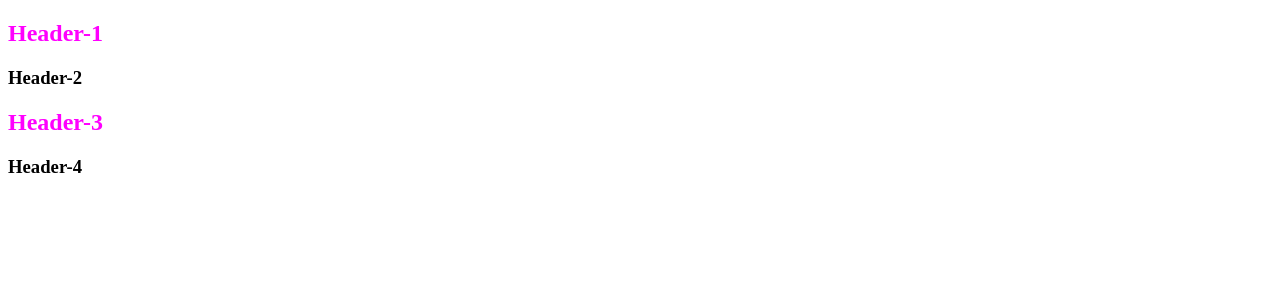
Repository: popconnect/jQuery
Page: http://localhost/jqueryEx01/jquery05.jsp
The author's editor kept a copy of each file at every save. The page is drawn from the files as they stood at one save, then again after the next save.
The browser window is 1280 px wide. The pictures show the whole page.
The page is served by Tomcat 9.

Above is the page before, as saved 2023-05-15 06:20:44.

### jqueryEx01/src/main/webapp/jquery05.jsp
<%@ page language="java" contentType="text/html; charset=UTF-8"
	pageEncoding="UTF-8"%>
<!DOCTYPE html>
<html>
<head>
<meta charset="UTF-8">
<title>Insert title here</title>

<script src="https://ajax.googleapis.com/ajax/libs/jquery/3.6.4/jquery.min.js"></script>
<script type="text/javascript">
//window.jquery => jquery => $
$(document).ready(function() {
	$('#i1, #i3').css('color', 'magenta')
});

</script>
</head>
<body>
	<h2 id='i1'>Header-1</h2>
	<h3 id='i2'>Header-2</h3>
	<h2 id='i3'>Header-3</h2>
	<h3 id='i4'>Header-4</h3>
</body>
</html>

After the next save:
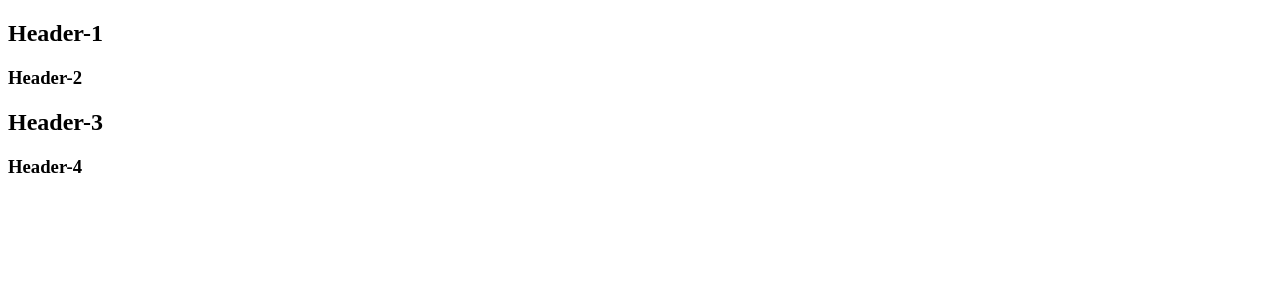
Saved 99 s later.
--- a/jqueryEx01/src/main/webapp/jquery05.jsp
+++ b/jqueryEx01/src/main/webapp/jquery05.jsp
@@ -10,15 +10,15 @@
 <script type="text/javascript">
 //window.jquery => jquery => $
 $(document).ready(function() {
-	$('#i1, #i3').css('color', 'magenta')
+	$('c').css('color', 'magenta')
 });
 
 </script>
 </head>
 <body>
-	<h2 id='i1'>Header-1</h2>
-	<h3 id='i2'>Header-2</h3>
-	<h2 id='i3'>Header-3</h2>
-	<h3 id='i4'>Header-4</h3>
+	<h2 class='c1'>Header-1</h2>
+	<h3 class='c2'>Header-2</h3>
+	<h2 class='c3'>Header-3</h2>
+	<h3 class='c4'>Header-4</h3>
 </body>
 </html>

After the save that followed:
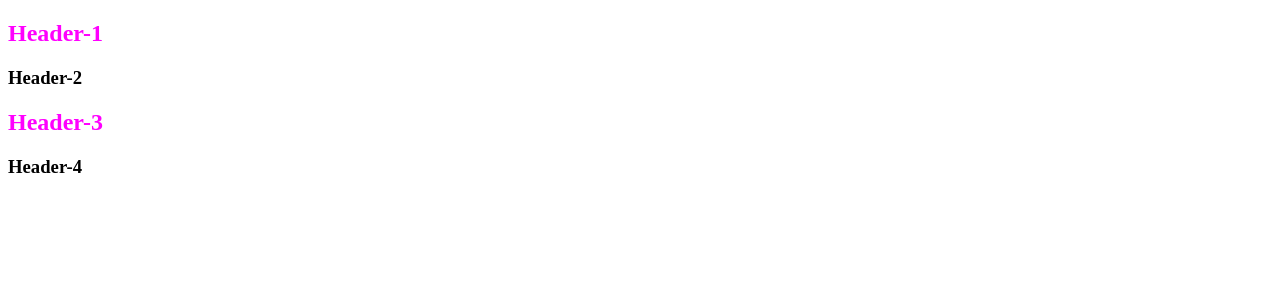
Saved 16 s later.
--- a/jqueryEx01/src/main/webapp/jquery05.jsp
+++ b/jqueryEx01/src/main/webapp/jquery05.jsp
@@ -10,7 +10,7 @@
 <script type="text/javascript">
 //window.jquery => jquery => $
 $(document).ready(function() {
-	$('c').css('color', 'magenta')
+	$('.c1, .c3').css('color', 'magenta')
 });
 
 </script>
